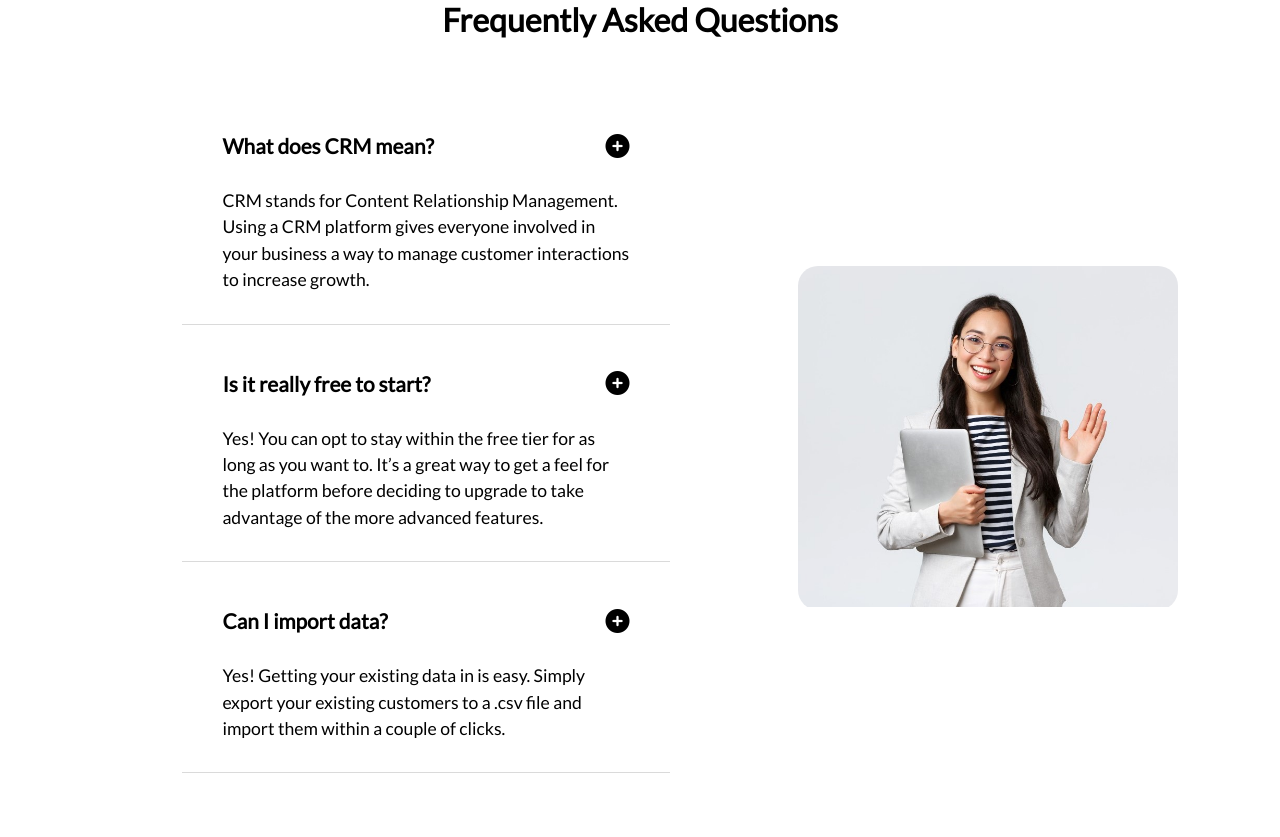
Repository: emiliaiwu/faq_component
Page: index.html
The author's editor kept a copy of each file at every save. The page is drawn from the files as they stood at one save, then again after the next save.
The browser window is 1280 px wide. The pictures show the whole page.
Some web libraries are served in a nearby version.

Above is the page before, as saved 2022-12-13 16:36:42.

### index.html
<!DOCTYPE html>
<html lang="en">
<head>
    <meta charset="UTF-8">
    <meta http-equiv="X-UA-Compatible" content="IE=edge">
    <meta name="viewport" content="width=device-width, initial-scale=1.0">
    <link rel="stylesheet" href="style.css">
    <script src="https://kit.fontawesome.com/fd9c36575f.js" crossorigin="anonymous"></script>
    <title>FAQ Component</title>
</head>
<body>
        <h2>Frequently Asked Questions</h2>
        <article class="faq_component">
            <div class="faq_container">
                <div class="faq_content active">
                    <div class="faq_header">
                        <h3>What does CRM mean?</h3>
                        <i class="fa-solid fa-circle-plus"></i>
                    </div>
                    <div class="content_wrap">
                        <p class="content hidden">
                            CRM stands for Content Relationship Management. Using a CRM platform gives everyone involved in your business a way to manage customer interactions to increase growth.
                        </p>
                    </div>
                </div>

                <div class="faq_content active">
                    <div class="faq_header">
                        <h3>Is it really free to start?</h3>
                        <i class="fa-solid fa-circle-plus"></i>
                    </div>
                    <div class="content_wrap">
                        <p class="content hidden">
                            Yes! You can opt to stay within the free tier for as long as you want to. It’s a great way to get a feel for the platform before deciding to upgrade to take advantage of the more advanced features.
                        </p>
                    </div>
                </div>

                <div class="faq_content">
                    <div class="faq_header">
                        <h3>Can I import data?</h3>
                        <i class="fa-solid fa-circle-plus"></i>
                    </div>
                    <div class="content_wrap">
                         <p class="content hidden">
                            Yes! Getting your existing data in is easy. Simply export your existing customers to a .csv file and import them within a couple of clicks.
                        </p>
                    </div>
                </div>
            </div>
            <div class="faq_image">
                <img src="img/meeting.jpg" alt="">
            </div>
        </article>
 <script src="script.js"></script>
</body>
</html>

### style.css
@import url('https://fonts.googleapis.com/css2?family=Lato:wght@300;400&display=swap');

* {
    margin: 0;
    padding: 0;
    box-sizing: border-box;
}

body {
    font-family: 'Lato', sans-serif;
    max-width: 100vw;
    min-height: 100vh;
    flex-direction: column;

}

body,
.faq_component,
.faq_container {
    display: flex;
    align-items: center;
    justify-content: center;

}


/* TYPOGRAPHY */
h2 {
    text-align: center;
    font-size: 2rem;
    font-family: inherit;

}

h3 {
    font-size: 1.3rem;
    font-family: inherit;
}

p {
    font-size: 1.1rem;
    font-family: inherit;
    height: 100%;
    line-height: 1.5;
}

.fa-solid {
    font-size: 1.5rem;
}



/* MAIN BODY */
.faq_component {
    margin: 4rem 8vw;
    gap: 3rem;
}

.faq_image {
    min-width: 380px;
    max-width: 800px;
    border-radius: 20px;
    overflow: hidden;
}

img {
    width: 100%;
    height: auto;
}

.faq_container {
    padding: 0 5rem;
    flex-direction: column;
    gap: 1rem;
}

.faq_header {
    display: flex;
    align-items: center;
    justify-content: space-between;
    padding: 30px 0px 30px 0;
}

.faq_content {
    padding: 0 40px;
    border-bottom: 1px solid rgba(0, 0, 0, 0.146);
    cursor: pointer;
}

.content_wrap {
    max-height: 150px;
    padding: 0 0 30px;
}


/* ACTIVE CLASSES */

.faq_content.active {
    /* box-shadow: 0px 50px 30px -9px rgba(0,0,0,0.30);
    -webkit-box-shadow: 0px 50px 30px -9px rgba(0,0,0,0.30); */
}



@media only screen and (max-width: 1000px) {
    .faq_component {
        flex-direction: column;
        margin: 4rem 8vw;
    }

    h2 {
        margin-top: 3rem;
    }

    .faq_container {
        padding: 0;
    }

    .content_wrap {
    max-height: 300px;
    padding: 0 0 30px;
    }
}

### script.js
'use strict';
const faqHeader = document.querySelectorAll('.faq_header');
const faqContent = document.querySelectorAll('.faq_content');
const content = document.querySelector('.content');



faqContent.forEach((faq) => {
    faq.addEventListener('click', function () {
        // deselect();
        faq.classList.toggle('active');

    });
})


// const deselect = () => {
//     faqHeader.forEach((faq) => {
//         faqContent.classList.remove('active');
// 		content.classList.add('hidden');
// 		faq.classList.remove('open');
//     })
// }

After the next save:
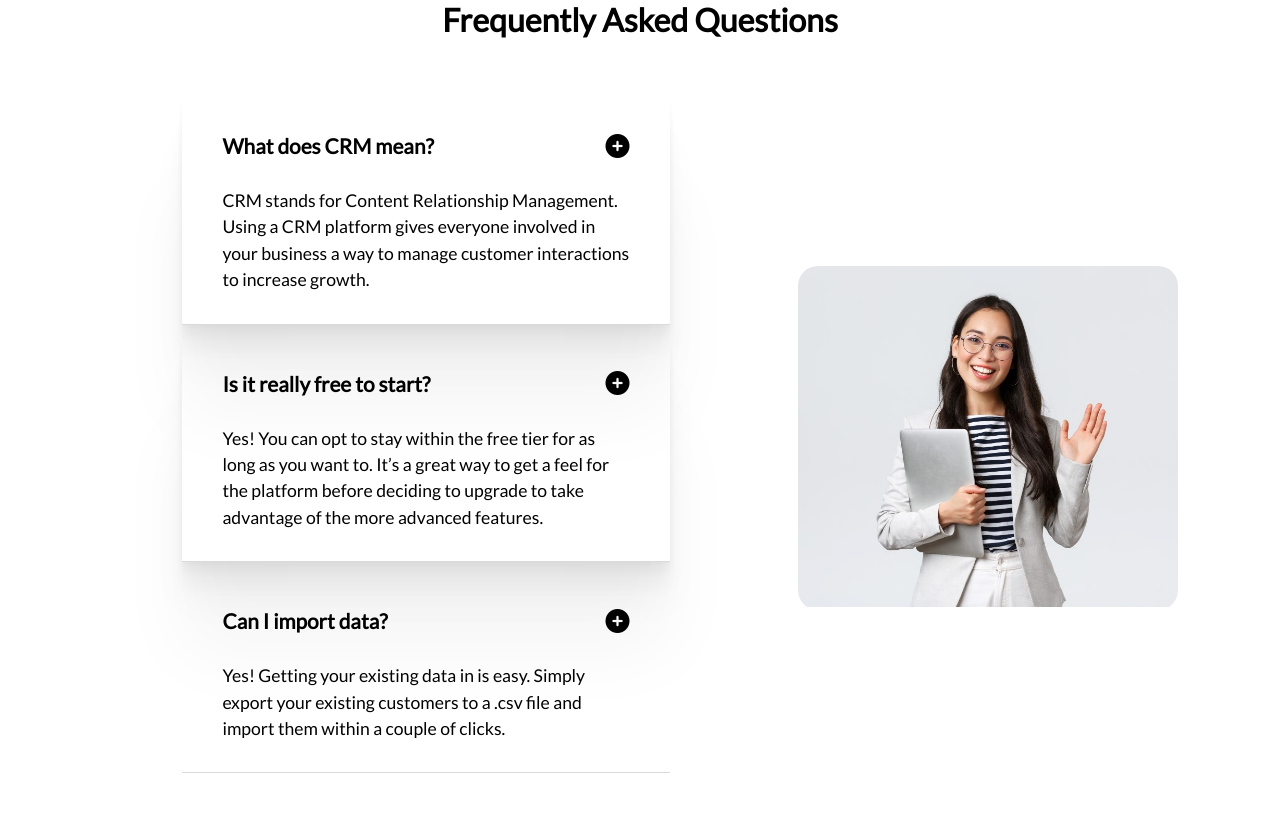
Saved 5 s later.
--- a/style.css
+++ b/style.css
@@ -98,6 +98,8 @@ img {
 .faq_content.active {
     /* box-shadow: 0px 50px 30px -9px rgba(0,0,0,0.30);
     -webkit-box-shadow: 0px 50px 30px -9px rgba(0,0,0,0.30); */
+
+        box-shadow: 0 90px 70px 0 rgb(0 0 0 / 4%), 0 40px 35px 0 rgb(0 0 0 / 3%), 0 25px 15px 0 rgb(0 0 0 / 3%), 0 11px 7px 0 rgb(0 0 0 / 3%), 0 2px 5px 0 rgb(0 0 0 / 3%);
 }
 
 
